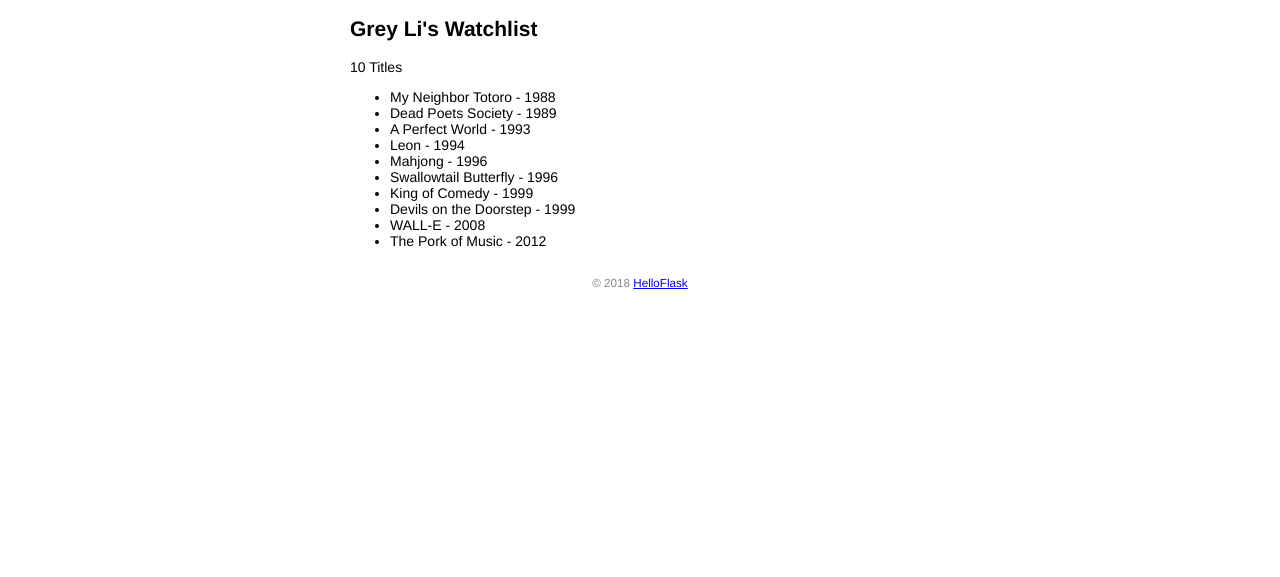
Repository: everrwsr/watchlist
Page: http://localhost/
An editor plug-in stored every save of this project. The page is shown before and after the next save, followed by the edit.
The browser window is 1280 px wide. The pictures show the whole page.
The page is served by the project's application, run on Flask 3 (app.py).

Above is the page before, as saved 2022-05-16 15:24:04.

### templates/index.html
<!DOCTYPE html>
<html lang="en">
  <head>
    <meta charset="utf-8" />
    <link
      rel="stylesheet"
      href="{{ url_for('static', filename='style.css') }}"
      type="text/css"
    />
    <title>{{ name }}'s Watchlist</title>
  </head>
  <body>
    <h2>{{ name }}'s Watchlist</h2>
    {# 使用 length 过滤器获取 movies 变量的长度 #}
    <p>{{ movies|length }} Titles</p>
    <ul>
      {% for movie in movies %} {# 迭代 movies 变量 #}
      <li>{{ movie.title }} - {{ movie.year }}</li>
      {# 等同于 movie['title'] #} {% endfor %} {# 使用 endfor 标签结束 for 语句
      #}
    </ul>
    <footer>
      <small
        >&copy; 2018
        <a href="http://helloflask.com/tutorial">HelloFlask</a></small
      >
    </footer>
  </body>
</html>

### app.py
from flask import Flask, render_template
app = Flask(__name__)

name = 'Grey Li'
movies = [
    {'title': 'My Neighbor Totoro', 'year': '1988'},
    {'title': 'Dead Poets Society', 'year': '1989'},
    {'title': 'A Perfect World', 'year': '1993'},
    {'title': 'Leon', 'year': '1994'},
    {'title': 'Mahjong', 'year': '1996'},
    {'title': 'Swallowtail Butterfly', 'year': '1996'},
    {'title': 'King of Comedy', 'year': '1999'},
    {'title': 'Devils on the Doorstep', 'year': '1999'},
    {'title': 'WALL-E', 'year': '2008'},
    {'title': 'The Pork of Music', 'year': '2012'},
]


@app.route('/')
def index():
    return render_template('index.html', name=name, movies=movies)

### static/style.css
/* 页面整体 */
body {
    margin: auto;
    max-width: 580px;
    font-size: 14px;
    font-family: Helvetica, Arial, sans-serif;
}

/* 页脚 */
footer {
    color: #888;
    margin-top: 15px;
    text-align: center;
    padding: 10px;
}

/* 头像 */
.avatar {
    width: 40px;
}

/* 电影列表 */
.movie-list {
    list-style-type: none;
    padding: 0;
    margin-bottom: 10px;
    box-shadow: 0 2px 5px 0 rgba(0, 0, 0, 0.16), 0 2px 10px 0 rgba(0, 0, 0, 0.12);
}

.movie-list li {
    padding: 12px 24px;
    border-bottom: 1px solid #ddd;
}

.movie-list li:last-child {
    border-bottom: none;
}

.movie-list li:hover {
    background-color: #f8f9fa;
}

/* 龙猫图片 */
.totoro {
    display: block;
    margin: 0 auto;
    height: 100px;
}

After the next save:
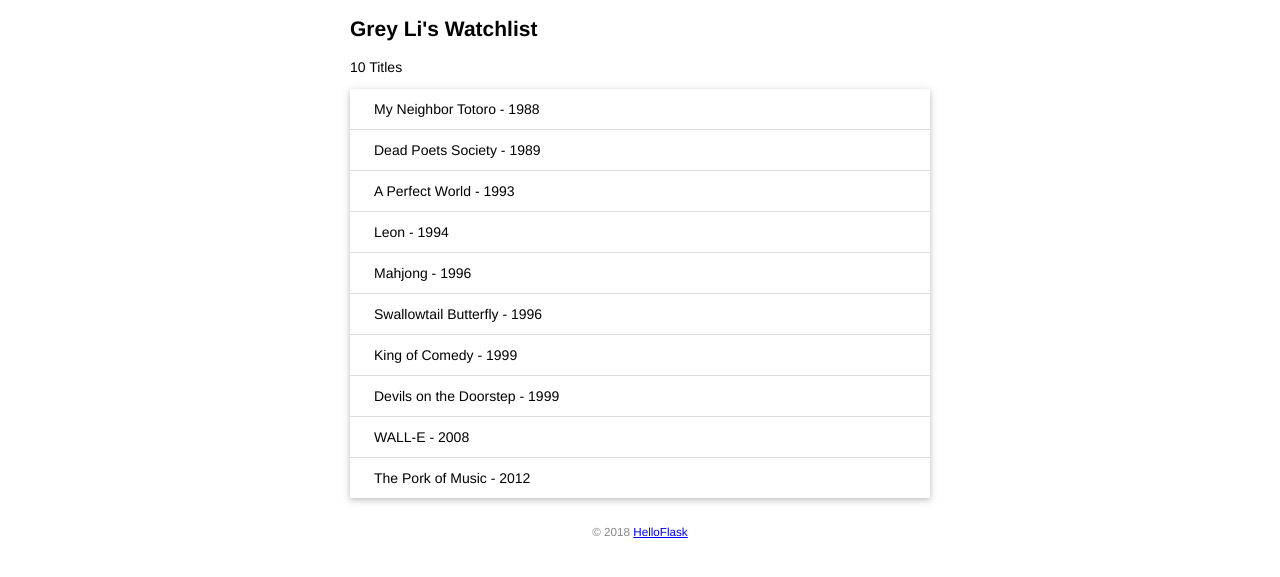
Saved 4 min 43 s later.
--- a/templates/index.html
+++ b/templates/index.html
@@ -13,7 +13,7 @@
     <h2>{{ name }}'s Watchlist</h2>
     {# 使用 length 过滤器获取 movies 变量的长度 #}
     <p>{{ movies|length }} Titles</p>
-    <ul>
+    <ul class="movie-list">
       {% for movie in movies %} {# 迭代 movies 变量 #}
       <li>{{ movie.title }} - {{ movie.year }}</li>
       {# 等同于 movie['title'] #} {% endfor %} {# 使用 endfor 标签结束 for 语句
